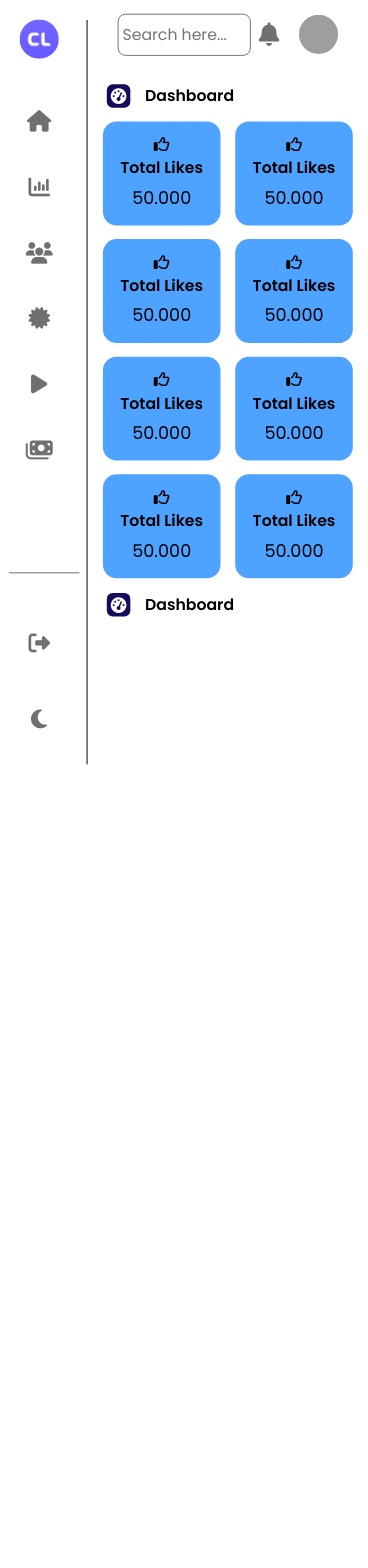
Repository: phamngocthang/practice-html-css
Page: Admin/dist/index.html
These files come from the project's save history. The page is drawn as it stood at one moment and after the next save; the edit follows.
The browser window is 375 px wide. The pictures show the whole page, at 98% of full size.
Pictures or frames that could not be fetched are drawn as grey boxes. The style sheet was rebuilt from its Sass, Less or Tailwind sources for each picture, by a compiler version that may differ from the author's.

Above is the page before, as saved 2023-10-28 12:58:02.

After the next save:
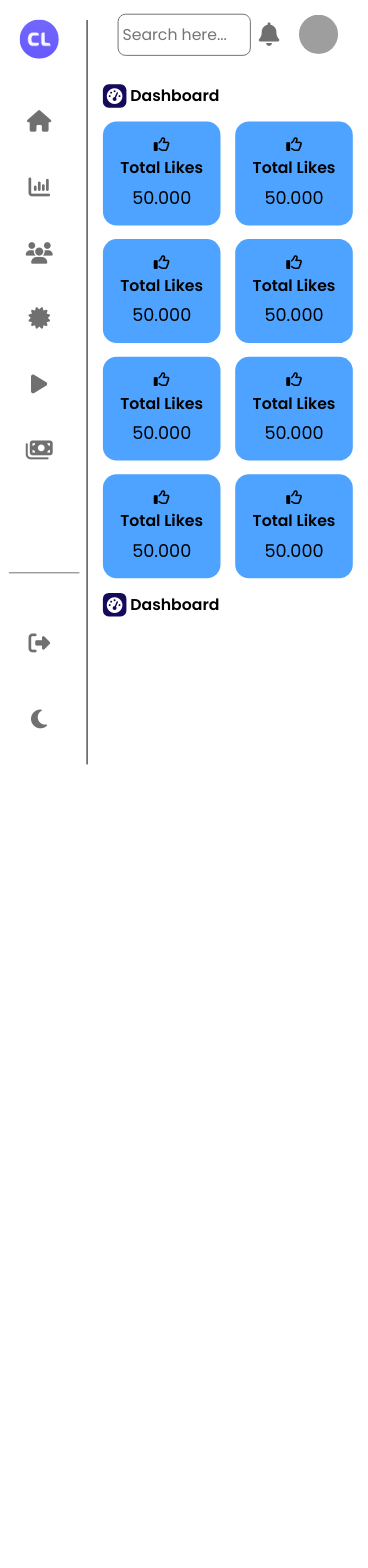
Saved 5 s later.
--- a/Admin/scss/main.scss
+++ b/Admin/scss/main.scss
@@ -465,7 +465,7 @@ nav.close {
                 &__logo {
                     height: 24px;
                     width: 24px;
-                    margin-left: 4px;
+                    margin-right: 4px;
 
                     i {
                         font-size: 16px;
